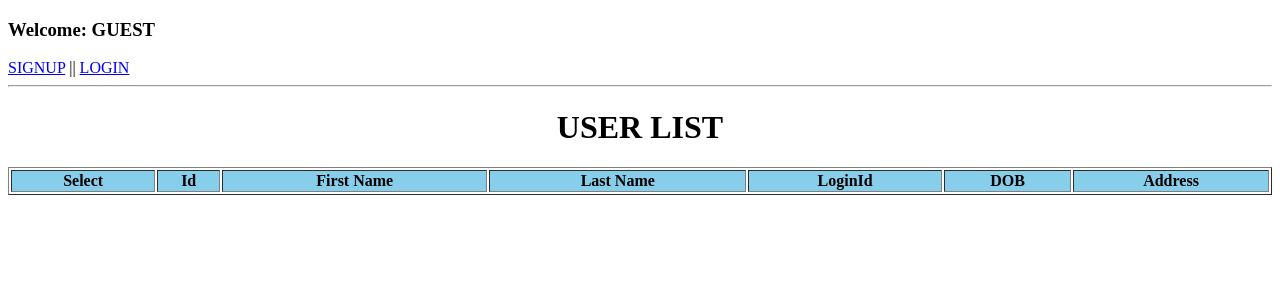
Repository: shadkhan8815/Advance-java
Page: http://localhost/Web-Project/UserListCtl
The author's editor kept a copy of each file at every save. The page is drawn from the files as they stood at one save, then again after the next save.
The browser window is 1280 px wide. The pictures show the whole page.
The page is served by Tomcat 9. Queries for data that is not in the repository find no rows.

Above is the page before, as saved 2025-04-27 10:03:40.

After the next save:
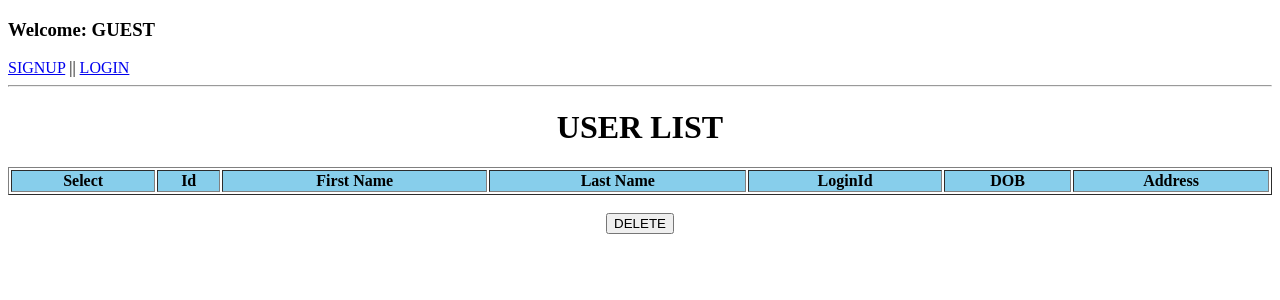
Saved 8 min 22 s later.
--- a/Web-Project/WebContent/UserListView.jsp
+++ b/Web-Project/WebContent/UserListView.jsp
@@ -50,6 +50,15 @@
 				%>
 
 			</table>
+
+			<br>
+
+			<table>
+				<tr>
+					<input type="submit" value="DELETE" name="operation">
+				</tr>
+			</table>
+
 		</center>
 	</form>
 </body>
